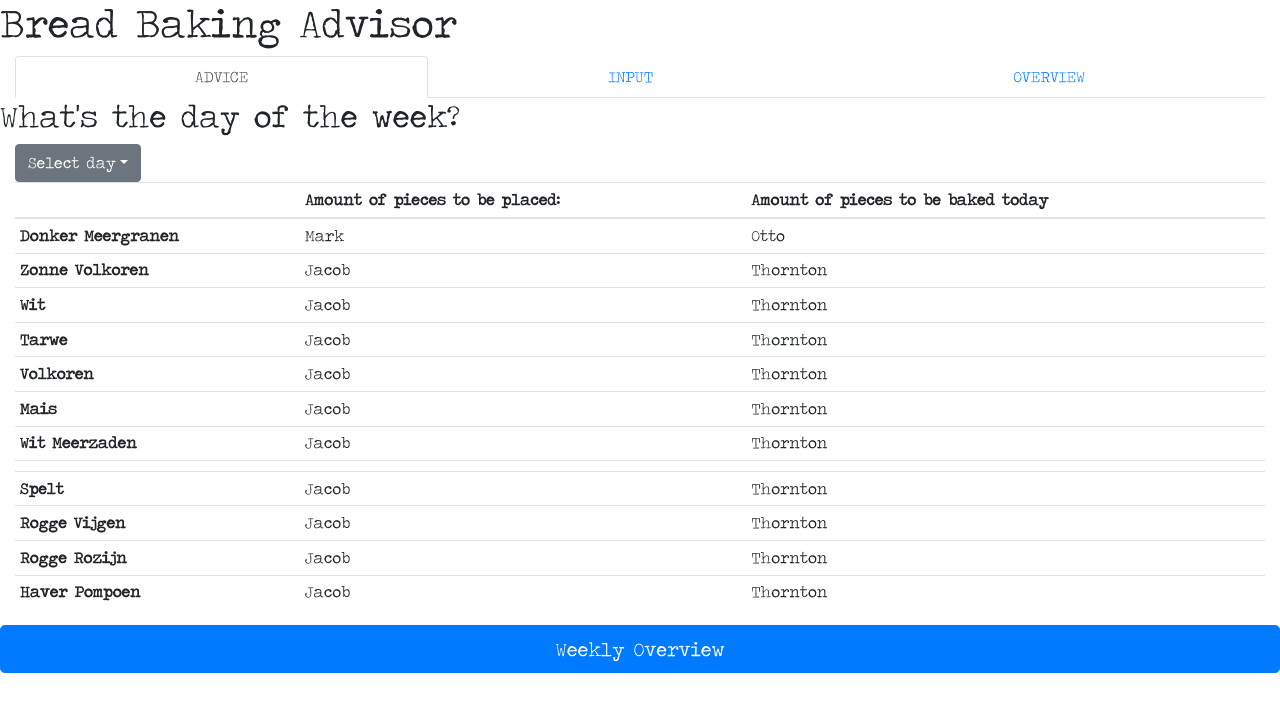
Repository: MarthGimenzo/bread-baking-advisor
Page: index.html
The author's editor kept a record of every edit. The page is drawn from the files as they stood at one moment, then again after the next edit.
The browser window is 1280 px wide. The pictures show the whole page.

Above is the page before.

### index.html
<!doctype html>
<html lang="en">

<head>
    <!-- Required meta tags -->
    <meta charset="utf-8">
    <meta name="viewport" content="width=device-width, initial-scale=1, shrink-to-fit=no">

    <!-- Bootstrap CSS -->
    <link rel="stylesheet" href="https://stackpath.bootstrapcdn.com/bootstrap/4.3.1/css/bootstrap.min.css" integrity="sha384-ggOyR0iXCbMQv3Xipma34MD+dH/1fQ784/j6cY/iJTQUOhcWr7x9JvoRxT2MZw1T" crossorigin="anonymous">
    <link rel="stylesheet" href="" type="text/css" />
    <link rel="stylesheet" href="assets/css/stylesheet.css" type="text/css" charset="utf-8" />
    <title>Bread Baking Advisor</title>
</head>

<body>

    <h1>Bread Baking Advisor</h1>
    <div class="container-fluid">
        <ul class="nav nav-tabs nav-fill">
            <li class="nav-item">
                <a class="nav-link active" href="#">ADVICE</a>
            </li>
            <li class="nav-item">
                <a class="nav-link" href="#">INPUT</a>
            </li>
            <li class="nav-item">
                <a class="nav-link" href="#">OVERVIEW</a>
            </li>
        </ul>
    </div>
    <h2>What's the day of the week?</h2>
    <div class="container-fluid">
        <div class="dropdown">
            <button class="btn btn-secondary dropdown-toggle" type="button" id="dropdownMenuButton" data-toggle="dropdown" aria-haspopup="true" aria-expanded="false">Select day</button>
            <div class="dropdown-menu" aria-labelledby="dropdownMenuButton">
                <a class="dropdown-item" href="#">Tuesday</a>
                <a class="dropdown-item" href="#">Wednesday</a>
                <a class="dropdown-item" href="#">Thursday</a>
                <a class="dropdown-item" href="#">Friday</a>
                <a class="dropdown-item" href="#">Saturday</a>
                <a class="dropdown-item" href="#">Sunday</a>
            </div>
        </div>
    </div>
    <div class="container-fluid">
        <table class="table table-sm">
            <thead>
                <tr>
                    <th scope="col"></th>
                    <th scope="col">Amount of pieces to be placed:</th>
                    <th scope="col">Amount of pieces to be baked today</th>

                </tr>
            </thead>
            <tbody>
                <tr>
                    <th scope="row">Donker Meergranen</th>
                    <td>Mark</td>
                    <td>Otto</td>
                </tr>
                <tr>
                    <th scope="row">Zonne Volkoren</th>
                    <td>Jacob</td>
                    <td>Thornton</td>
                </tr>
                <tr>
                    <th scope="row">Wit</th>
                    <td>Jacob</td>
                    <td>Thornton</td>
                </tr>
                <tr>
                    <th scope="row">Tarwe</th>
                    <td>Jacob</td>
                    <td>Thornton</td>
                </tr>
                <tr>
                    <th scope="row">Volkoren</th>
                    <td>Jacob</td>
                    <td>Thornton</td>
                </tr>
                <tr>
                    <th scope="row">Mais</th>
                    <td>Jacob</td>
                    <td>Thornton</td>
                </tr>
                <tr>
                    <th scope="row">Wit Meerzaden</th>
                    <td>Jacob</td>
                    <td>Thornton</td>
                </tr>
                <tr>
                    <th scope="row"></th>
                    <td></td>
                    <td></td>
                </tr>
                <tr>
                    <th scope="row">Spelt</th>
                    <td>Jacob</td>
                    <td>Thornton</td>
                </tr>
                <tr>
                    <th scope="row">Rogge Vijgen</th>
                    <td>Jacob</td>
                    <td>Thornton</td>
                </tr>
                <tr>
                    <th scope="row">Rogge Rozijn</th>
                    <td>Jacob</td>
                    <td>Thornton</td>
                </tr>
                <tr>
                    <th scope="row">Haver Pompoen</th>
                    <td>Jacob</td>
                    <td>Thornton</td>
                </tr>
            </tbody>
        </table>
    </div>
<footer>
    <button type="button" class="btn btn-primary btn-lg btn-block">Weekly Overview</button>
</footer>



    <!-- Optional JavaScript -->
    <!-- jQuery first, then Popper.js, then Bootstrap JS -->
    <script src="https://code.jquery.com/jquery-3.3.1.slim.min.js" integrity="sha384-q8i/X+965DzO0rT7abK41JStQIAqVgRVzpbzo5smXKp4YfRvH+8abtTE1Pi6jizo" crossorigin="anonymous"></script>
    <script src="https://cdnjs.cloudflare.com/ajax/libs/popper.js/1.14.7/umd/popper.min.js" integrity="sha384-UO2eT0CpHqdSJQ6hJty5KVphtPhzWj9WO1clHTMGa3JDZwrnQq4sF86dIHNDz0W1" crossorigin="anonymous"></script>
    <script src="https://stackpath.bootstrapcdn.com/bootstrap/4.3.1/js/bootstrap.min.js" integrity="sha384-JjSmVgyd0p3pXB1rRibZUAYoIIy6OrQ6VrjIEaFf/nJGzIxFDsf4x0xIM+B07jRM" crossorigin="anonymous"></script>
</body>

</html>

### assets/css/stylesheet.css
/*! Generated by Font Squirrel (https://www.fontsquirrel.com) on October 22, 2019 */

@font-face {
    font-family: 'traveling__typewriterregular';
    src: url('fonts/travelingtypewriter-webfont.woff2') format('woff2'),
         url('fonts/travelingtypewriter-webfont.woff') format('woff');
    font-weight: normal;
    font-style: normal;

}
body {
    font-family: 'traveling__typewriterregular', Arial, sans-serif;

}

After the next edit:
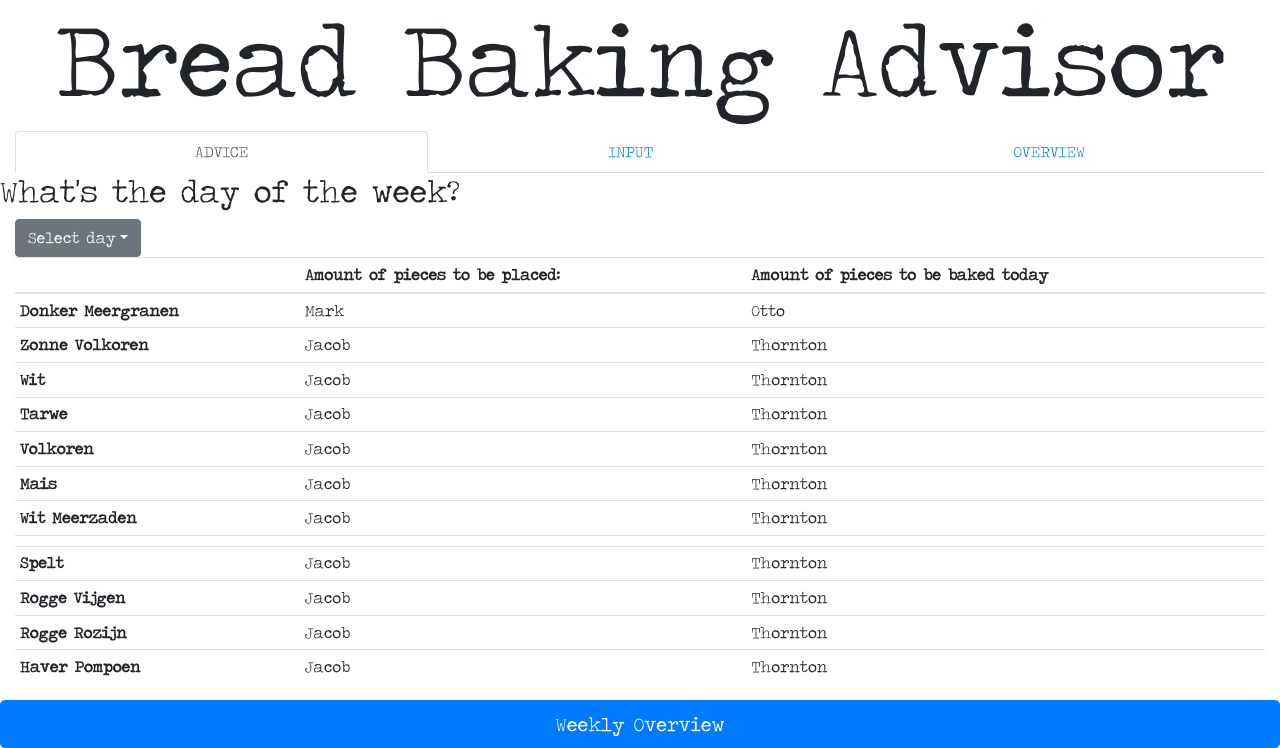
The edit:
--- a/assets/css/stylesheet.css
+++ b/assets/css/stylesheet.css
@@ -8,6 +8,12 @@
     font-style: normal;
 
 }
+
+h1 {
+  font-size: 8vw;
+  text-align: center;
+}
+
 body {
     font-family: 'traveling__typewriterregular', Arial, sans-serif;
 
